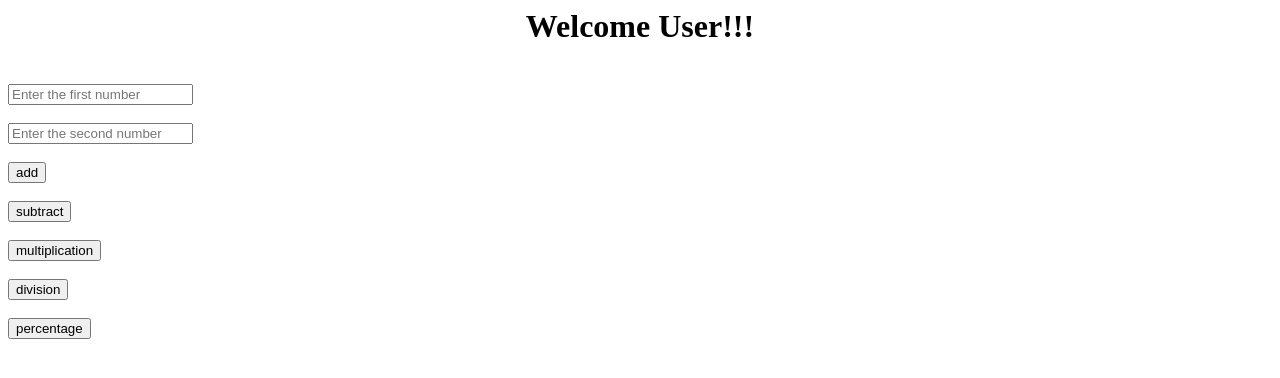
Repository: Rahul1488/servlets
Page: http://localhost/jspproject/
The author's editor kept a copy of each file at every save. The page is drawn from the files as they stood at one save, then again after the next save.
The browser window is 1280 px wide. The pictures show the whole page.
The page is served by Tomcat 9.

Above is the page before, as saved 2021-12-31 05:51:11.

After the next save:
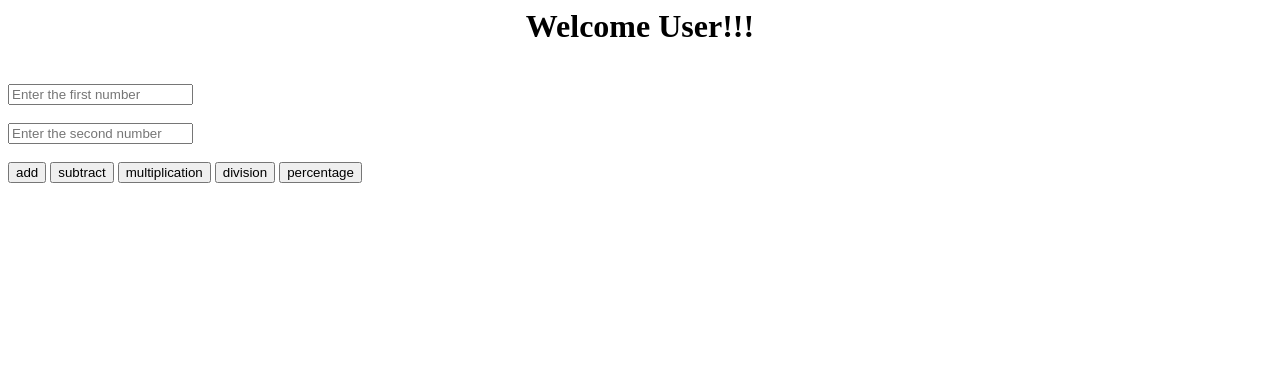
Saved 50 s later.
--- a/jspproject/src/main/webapp/index.jsp
+++ b/jspproject/src/main/webapp/index.jsp
@@ -11,17 +11,13 @@
 <br>
 <br>
 <input type="submit" value="add">
-<br>
-<br>
+
 <input type="submit" value="subtract">
-<br>
-<br>
+
 <input type="submit" value="multiplication">
-<br>
-<br>
+
 <input type="submit" value="division">
-<br>
-<br>
+
 <input type="submit" value="percentage">
 </form>
 </body>
